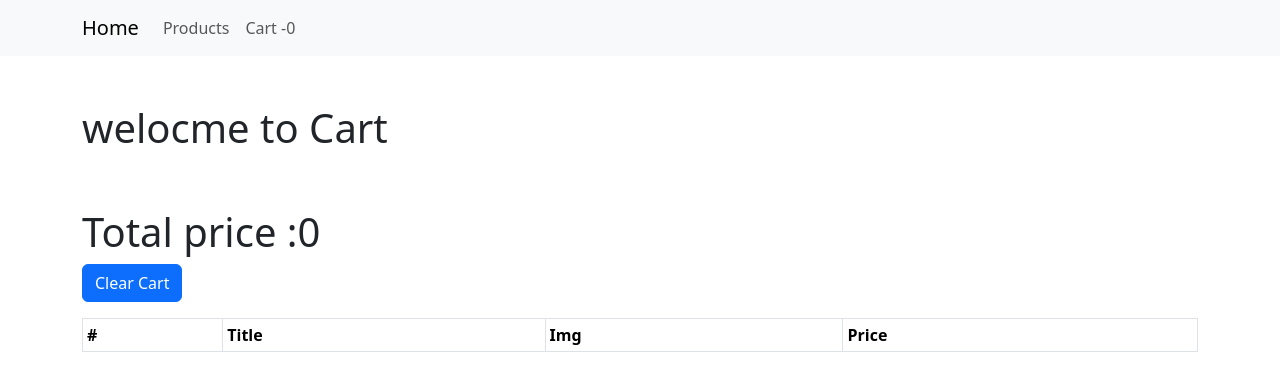
Repository: abdulrahmanmahmood/Basic-Cart-App-Using-Redux-Toolkit
Page: /cart
The author's editor kept a copy of each file at every save. The page is drawn from the files as they stood at one save, then again after a run of saves.
The browser window is 1280 px wide. The pictures show the whole page.
The project was rebuilt for these pictures with package versions that can differ from the ones it lists, and the page was loaded fresh each time. Also part of the build but not shown: src/App.css, src/components/Produc.js, src/App.js.

Above is the page before, as saved 2023-09-28 22:01:06.

### public/index.html
<!DOCTYPE html>
<html lang="en">
  <head>
    <meta charset="utf-8" />
    <link rel="icon" href="%PUBLIC_URL%/favicon.ico" />
    <meta name="viewport" content="width=device-width, initial-scale=1" />
    <meta name="theme-color" content="#000000" />
    <meta
      name="description"
      content="Web site created using create-react-app"
    />

    <title>React App</title>
  </head>
  <body>
    <div id="root"></div>

  </body>
</html>

### src/index.js
import React from "react";
import ReactDOM from "react-dom/client";
import "./index.css";
import App from "./App";
import "bootstrap/dist/css/bootstrap.min.css";
import { createBrowserRouter, RouterProvider } from "react-router-dom";
import AppNavbar from "./components/AppNavbar";
import Cart from "./components/Cart";
import { Provider } from "react-redux";
import {store} from './rtk/store';
const router = createBrowserRouter([
  {
    path: "/",
    element: <App />,
  },
  {
    path: "/cart",
    element: (
      <>
        <AppNavbar />
        <Cart />
      </>
    ),
  },
]);

const root = ReactDOM.createRoot(document.getElementById("root"));
root.render(
  <React.StrictMode>
    <Provider store={store}>
      <RouterProvider router={router}>
        <App />
      </RouterProvider>
    </Provider>
  </React.StrictMode>
);

### src/components/AppNavbar.js
import React, { useEffect } from "react";
import { Container, Nav, NavDropdown, Navbar } from "react-bootstrap";
import { useSelector } from "react-redux";
import { Link } from "react-router-dom";

function AppNavbar() {
  const Cart = useSelector((state)=>state.cart);

useEffect(()=>{

},[])
  return (
    <Navbar expand="lg" className="bg-body-tertiary">
      <Container>
        <Link className="navbar-brand" to="/">
          Home
        </Link>
        <Navbar.Toggle aria-controls="basic-navbar-nav" />
        <Navbar.Collapse id="basic-navbar-nav">
          <Nav className="me-auto">
            <Link className="nav-link" to="/">
              Products
            </Link>
            <Link className="nav-link" to="/cart">
              Cart -{Cart.length}
            </Link>
          </Nav>
        </Navbar.Collapse>
      </Container>
    </Navbar>
  );
}

export default AppNavbar;

### src/components/Cart.js
import React from 'react'
import { useDispatch, useSelector } from 'react-redux'
import { clearCart, deleteFromCart } from '../rtk/slicess/cart-slice'
import { Container, Table, Button } from 'react-bootstrap'

function Cart() {
  const dispatch = useDispatch()
  const cart = useSelector((state)=>state.cart);
  const totalPrice = cart.reduce((acc, product)=>{
    acc+=product.price;
    return acc
  },0)
  return (
    <Container>
    <h1 className='py-5'>welocme to Cart</h1>
    <h1>Total price :{totalPrice}</h1>
    <Button className='mb-3' onClick={()=>dispatch(clearCart())}>Clear Cart</Button>
    <Table striped bordered hover size="sm">
      <thead>
        <tr>
          <th>#</th>
          <th>Title</th>
          <th>Img</th>
          <th>Price</th>
        </tr>
      </thead>
      <tbody>
        {cart.map((item)=>(
    <tr key={item.id}>
    <td>{item.id}</td>
    <td>{item.title}</td>
    <td><img src={item.image} alt="" width={"100px"} height={"120px"} /></td>
    <td>{item.price} $</td>
    <td><Button variant='danger' onClick={()=>dispatch(deleteFromCart(item))}>Delete</Button></td>
  </tr>
        ))}


      </tbody>
    </Table>
    </Container>
  )
}

export default Cart

### src/rtk/store.js
import { configureStore } from '@reduxjs/toolkit'
import productsReducer from './slicess/products-slice'
import CartReducer from './slicess/cart-slice';

export const store = configureStore({
  reducer: {
    products:productsReducer,
    cart:CartReducer,
  },
})

### src/rtk/slicess/cart-slice.js
import { createSlice } from "@reduxjs/toolkit";

const cartSlice = createSlice({
  name:"cartSlice",
  initialState:[],
  reducers:{
    AddToCart:(state,action)=>{
      state = state.push(action.payload);
    },
    deleteFromCart:(state,action)=>{
    return  state = state.filter((item)=>item.id !== action.payload.id);
    },
    clearCart:(state, actoin)=>{
    return  state = []
    }
  },
  extraReducers:(builder)=>{}
});

export const {AddToCart, deleteFromCart, clearCart} = cartSlice.actions;
export default cartSlice.reducer;

### src/rtk/slicess/products-slice.js
import { createAsyncThunk, createSlice } from "@reduxjs/toolkit";


export const fetchProducts = createAsyncThunk("productsSlice/fetchProducts", async ()=>{
  const res = await fetch("https://fakestoreapi.com/products");
  const data = await res.json();
  return data;
})

const productsSlice = createSlice({
  name:"productsSlice",
  initialState:[],
  reducers:{

  },
  extraReducers:(builder)=>{
    builder.addCase(fetchProducts.pending,(state,action)=>{

    });
  builder.addCase(fetchProducts.fulfilled,(state,action)=>{
    return action.payload
  });
  builder.addCase(fetchProducts.rejected, (state,action)=>{

  })

  }
})

export const {} = productsSlice.actions;

export default productsSlice.reducer;

Loaded but not shown: src/index.css (common file)

After the next 2 saves:
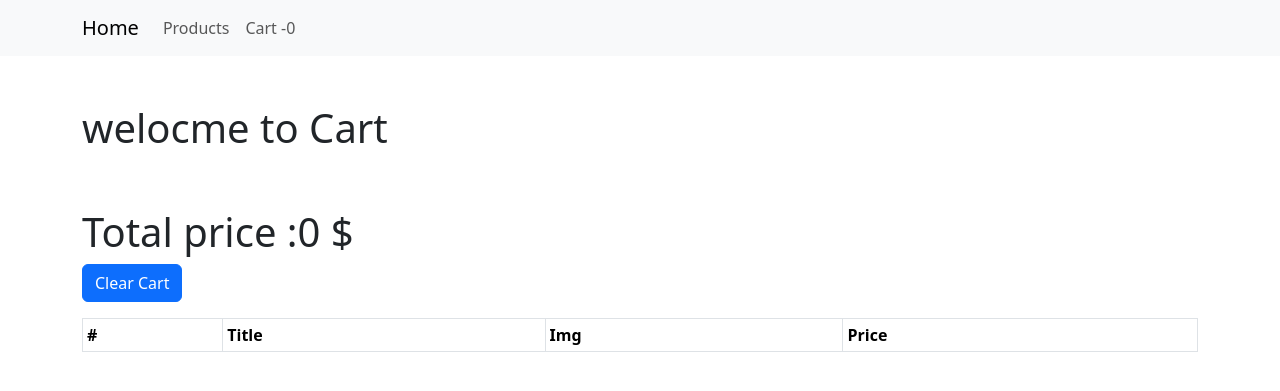
The 2 saves are shown as one change because they came seconds apart.
The last was saved 29 s later.
--- a/src/components/Cart.js
+++ b/src/components/Cart.js
@@ -13,7 +13,7 @@ function Cart() {
   return (
     <Container>
     <h1 className='py-5'>welocme to Cart</h1>
-    <h1>Total price :{totalPrice}</h1>
+    <h1>Total price :{totalPrice} $</h1>
     <Button className='mb-3' onClick={()=>dispatch(clearCart())}>Clear Cart</Button>
     <Table striped bordered hover size="sm">
       <thead>
